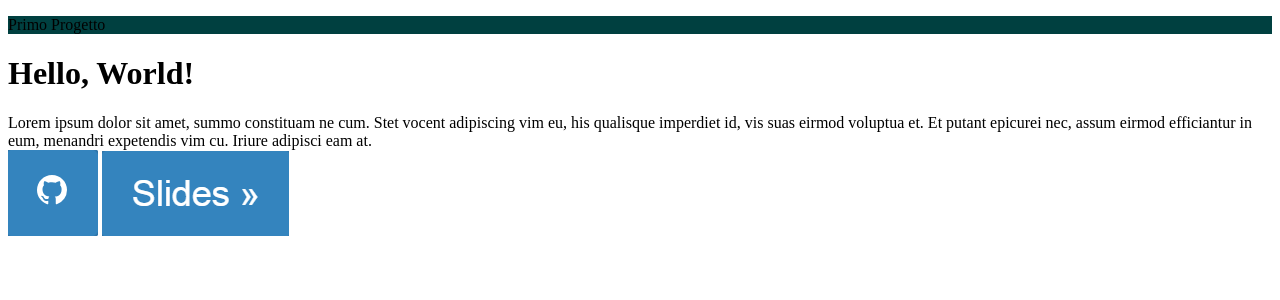
Repository: AndreaGuastaferro/Repository_Andrea_Guastaferro_Front
Page: cartella_html/NUOVO_HTML/ProgettoFinale.html
These files come from the project's save history. The page is drawn as it stood at one moment and after the next save; the edit follows.
The browser window is 1280 px wide. The pictures show the whole page.

Above is the page before, as saved 2018-10-22 16:10:39.

### cartella_html/NUOVO_HTML/ProgettoFinale.html
<!DOCTYPE html>
<html>
<head>
<meta charset="ISO-8859-1">
<title>Insert title here</title>
<link rel="stylesheet" type="text/css" href="ProgettoFinale.css">
</head>
<body>
	<header >
	<p id="head"> Primo Progetto</p>
	</header>

	 <div class="Projecthero">
	 	<div class="TextHero">
	 		<h1>Hello, World!</h1>
	 		<article class ="articolo">
	 		Lorem ipsum dolor sit amet, summo constituam ne cum.
	 		Stet vocent adipiscing vim eu, his qualisque imperdiet id, vis suas eirmod voluptua et.
	 		Et putant epicurei nec, assum eirmod efficiantur in eum, menandri expetendis vim cu. Iriure adipisci eam at.
	 		</article>
	 		<span class="Span_uno"> <a href="https://it-it.facebook.com"><img alt="Not Found"  src="img/progetto finale_imm1.png"></a></span>
	 		<span class="Span_due"> <a href="http://www.irpinianews.it"><img alt="Not Found"  src="img/progetto finale_imm2.png"></a></span>
	 	</div>
	 </div>
</body>
</html>

### cartella_html/NUOVO_HTML/ProgettoFinale.css
@charset "ISO-8859-1";

body{
	margin 0;
}

header {
	background-color: #004040;
  	height:5%;
}

head{
color: white;
}

After the next save:
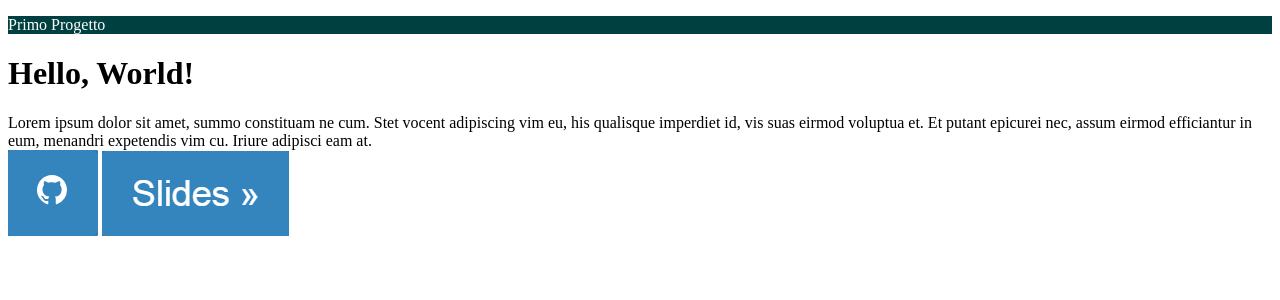
Saved 29 s later.
--- a/cartella_html/NUOVO_HTML/ProgettoFinale.css
+++ b/cartella_html/NUOVO_HTML/ProgettoFinale.css
@@ -9,6 +9,6 @@ header {
   	height:5%;
 }
 
-head{
+#head{
 color: white;
 }
